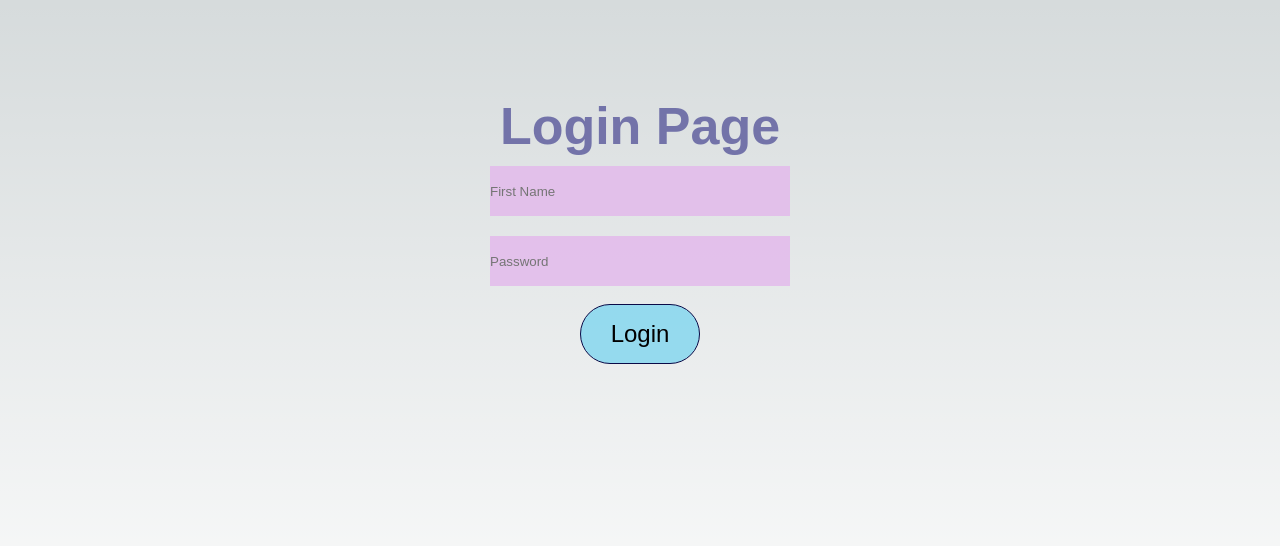
Repository: SaraShio/counter
Page: /
The author's editor kept a copy of each file at every save. The page is drawn from the files as they stood at one save, then again after a run of saves.
The browser window is 1280 px wide. The pictures show the whole page.
The project was rebuilt for these pictures with package versions that can differ from the ones it lists, and the page was loaded fresh each time. The framework's server and built-in components were replaced by stand-ins that run in the browser. Also part of the build but not shown: next.config.js.

Above is the page before, as saved 2023-01-15 22:58:46.

### pages/index.js
import Head from 'next/head'
import Image from 'next/image'
import { Inter } from '@next/font/google'
import styles from '../styles/Home.module.css'
import { useEffect, useState } from 'react'
import { useRouter } from 'next/router'


const inter = Inter({ subsets: ['latin'] })

export default function Home() {

  const router = useRouter();

  const [formData, setFormData] = useState({
    firstName: '',
    password: '',
  })

  const CheckLogin = () => {
    console.log(formData.firstName);
    console.log(formData);

    if (formData.password !== null) {
      router.push({
        pathname: './counter',
        query: {
          password: formData.firstName
        }
      })
    }
  }


  return (
    <>
      <Head>
        <title>Create Next App</title>
        <meta name="description" content="Generated by create next app" />
        <meta name="viewport" content="width=device-width, initial-scale=1" />
        <link rel="icon" href="/favicon.ico" />
      </Head>
      <main className={styles.main}>
        <label className={styles.title}>Login Page</label>
        <input
          placeholder='First Name'
          type="text"
          id="first"
          name="first"
          //pattern="[A-Z]{1}[a-z]{2-10}"
          //title="The first letter should be uppercase"
          onChange={(e => setFormData({ ...formData, firstName: e.target.value }))}
        />

        <input
          placeholder='Password'
          type="text"
          id="password"
          name="password"
          //required
          //minLength="5"
          //maxLength="10"
          onChange={(e => setFormData({ ...formData, password: e.target.value }))}

        />


        <button className={styles.submit} type="submit" onClick={() => CheckLogin()}>Login</button>

      </main>
    </>
  )
}

### styles/globals.css
:root {
  --max-width: 1100px;
  --border-radius: 12px;
  --font-mono: ui-monospace, Menlo, Monaco, 'Cascadia Mono', 'Segoe UI Mono',
    'Roboto Mono', 'Oxygen Mono', 'Ubuntu Monospace', 'Source Code Pro',
    'Fira Mono', 'Droid Sans Mono', 'Courier New', monospace;

  --foreground-rgb: 0, 0, 0;
  --background-start-rgb: 214, 219, 220;
  --background-end-rgb: 255, 255, 255;
  --light-purple: #e3b8eccf;
  --purple: #874e93;
  --medium-purple: #6565a2e3;
  --dark-gray: #434346;
  --deep-blue: #0a0a47;
  --light-blue: #51ccf18c;
  --extra-large-header-font: 52px;
  --large-header-font: 40px;
  --medium-header-font: 32px;
  --small-header-font: 24px;
  --new-font: 'Raleway', sans-serif, 'Unbounded', cursive;
  --padding: 16px;


  --primary-glow: conic-gradient(from 180deg at 50% 50%,
      #16abff33 0deg,
      #0885ff33 55deg,
      #54d6ff33 120deg,
      #0071ff33 160deg,
      transparent 360deg);
  --secondary-glow: radial-gradient(rgba(255, 255, 255, 1),
      rgba(255, 255, 255, 0));

  --tile-start-rgb: 239, 245, 249;
  --tile-end-rgb: 228, 232, 233;
  --tile-border: conic-gradient(#00000080,
      #00000040,
      #00000030,
      #00000020,
      #00000010,
      #00000010,
      #00000080);

  --callout-rgb: 238, 240, 241;
  --callout-border-rgb: 172, 175, 176;
  --card-rgb: 180, 185, 188;
  --card-border-rgb: 131, 134, 135;
}

@media (prefers-color-scheme: dark) {
  :root {
    --foreground-rgb: 255, 255, 255;
    --background-start-rgb: 0, 0, 0;
    --background-end-rgb: 0, 0, 0;

    --primary-glow: radial-gradient(rgba(1, 65, 255, 0.4), rgba(1, 65, 255, 0));
    --secondary-glow: linear-gradient(to bottom right,
        rgba(1, 65, 255, 0),
        rgba(1, 65, 255, 0),
        rgba(1, 65, 255, 0.3));

    --tile-start-rgb: 2, 13, 46;
    --tile-end-rgb: 2, 5, 19;
    --tile-border: conic-gradient(#ffffff80,
        #ffffff40,
        #ffffff30,
        #ffffff20,
        #ffffff10,
        #ffffff10,
        #ffffff80);

    --callout-rgb: 20, 20, 20;
    --callout-border-rgb: 108, 108, 108;
    --card-rgb: 100, 100, 100;
    --card-border-rgb: 200, 200, 200;
  }
}

* {
  box-sizing: border-box;
  padding: 0;
  margin: 0;
}

html,
body {
  max-width: 100vw;
  overflow-x: hidden;
}

body {
  color: rgb(var(--foreground-rgb));
  background: linear-gradient(to bottom,
      transparent,
      rgb(var(--background-end-rgb))) rgb(var(--background-start-rgb));
}

a {
  color: inherit;
  text-decoration: none;
}

@media (prefers-color-scheme: dark) {
  html {
    color-scheme: dark;
  }
}

### styles/Home.module.css
.main {
  display: flex;
  flex-direction: column;
  align-items: center;
  padding: 6rem;
  min-height: 100vh;
  color: var(--medium-purple);
  font-size: var(--large-header-font);
  font-family: var(--new-font);
}

.title {
  font-size: var(--extra-large-header-font);
  font-weight: bold;
}


.main>input {
  width: 300px;
  height: 50px;
  background-color: var(--light-purple);
  border: none;
  margin: 10px;
}



.submit {
  background-color: var(--light-blue);
  border: 0.5px solid var(--deep-blue);
  width: 120px;
  height: 60px;
  border-radius: 1000px;
  font-size: var(--small-header-font);
  font-family: var(--new-font);
  margin: 8px;
  padding: 4px;
}

Loaded but not shown: pages/_app.js (common file); pages/_document.js (common file)

After the next 2 saves:
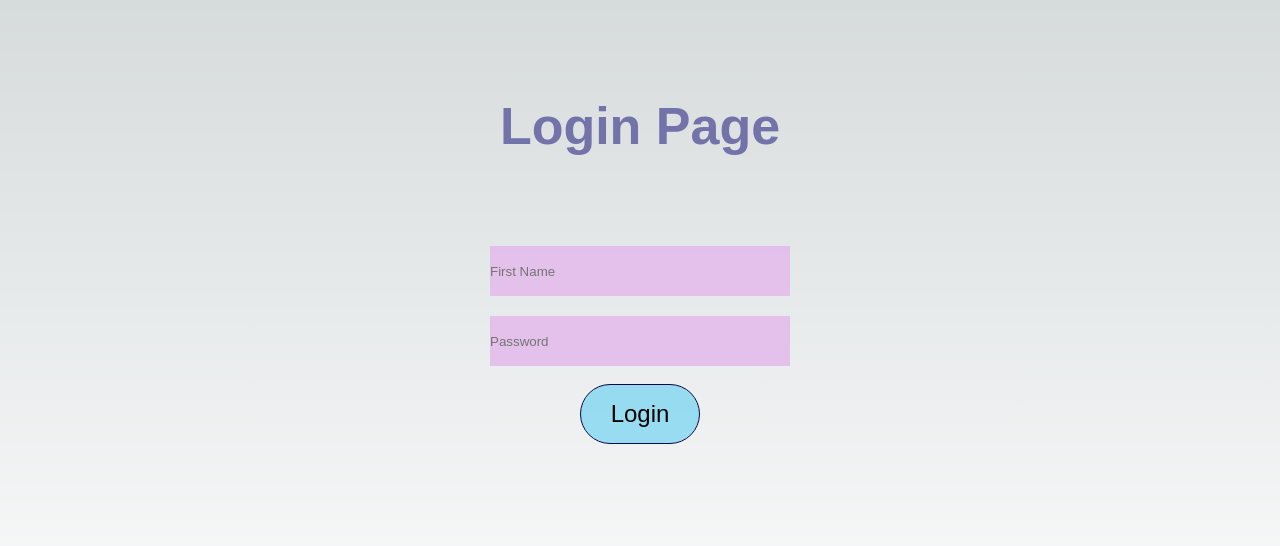
The 2 saves are shown as one change because they came seconds apart.
The last was saved 17 s later.
--- a/styles/Home.module.css
+++ b/styles/Home.module.css
@@ -12,6 +12,7 @@
 .title {
   font-size: var(--extra-large-header-font);
   font-weight: bold;
+  margin-bottom: 80px;
 }
 
 
